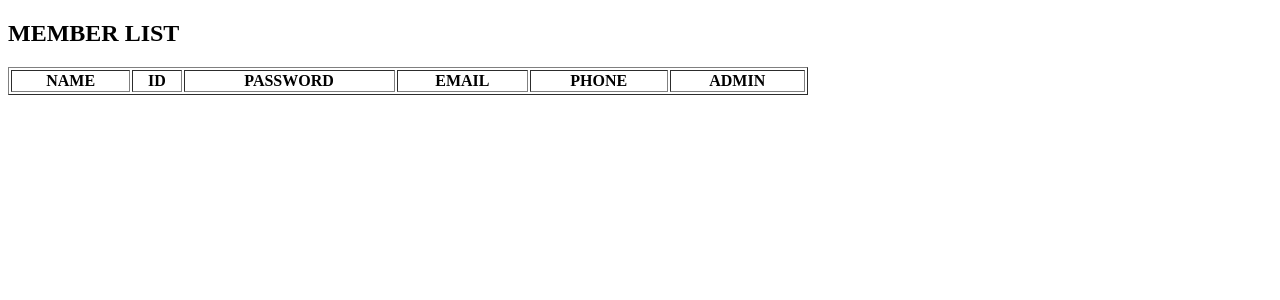
Repository: eunjihannn/jsp
Page: http://localhost/web02/ex03_member.jsp
The author's editor kept a copy of each file at every save. The page is drawn from the files as they stood at one save, then again after the next save.
The browser window is 1280 px wide. The pictures show the whole page.
The page is served by Tomcat 9. Queries for data that is not in the repository find no rows.

Above is the page before, as saved 2020-10-14 14:25:17.

After the next save:
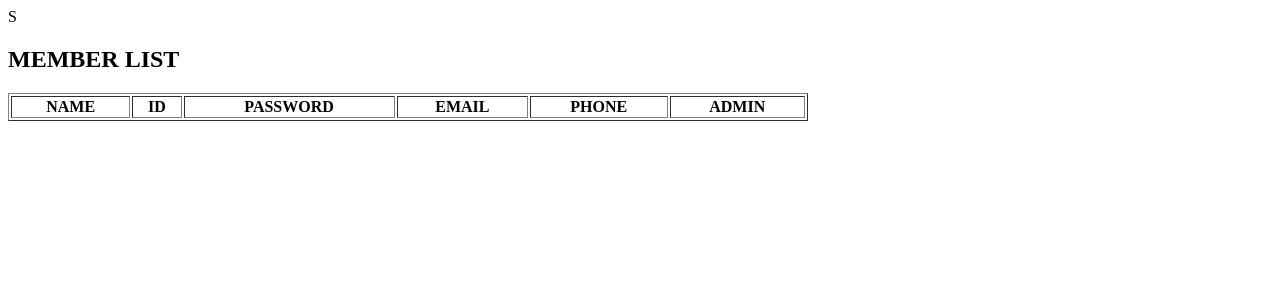
Saved 11 h 15 min later.
--- a/web02/WebContent/ex03_member.jsp
+++ b/web02/WebContent/ex03_member.jsp
@@ -22,7 +22,7 @@ String sql = "SELECT * FROM member";
 <meta charset="UTF-8">
 <title>회원 정보 보기</title>
 </head>
-<body>
+<body>S
 <h2>MEMBER LIST</h2>
 <table border="1" width="800">
 	<tr>
